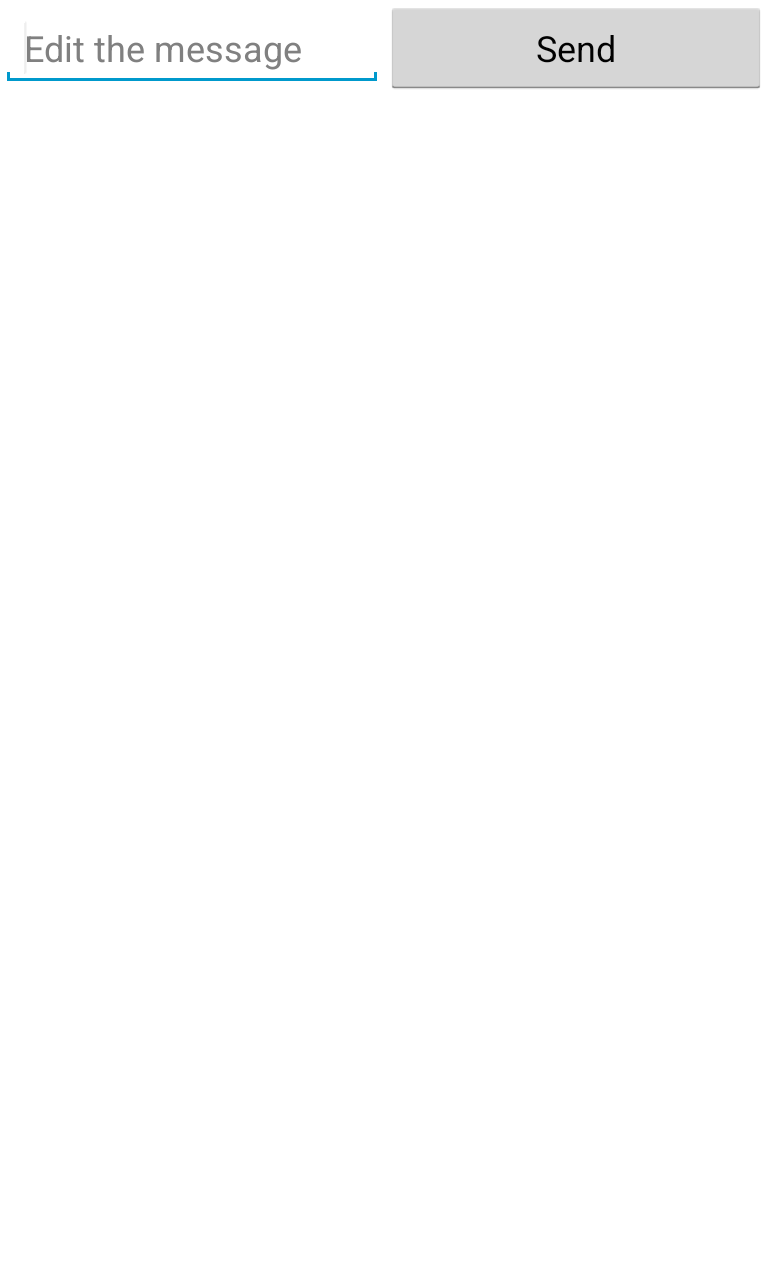
Repository: banur2/AndroidApp
Layout: MyFirstApp/res/layout/activity_main.xml
These files come from the project's save history. The layout is drawn as it stood at one moment and after the next save; the edit follows.
It is drawn on a 768 x 1280 px phone screen (xhdpi) without system bars, with theme AppTheme; the app's code is not run.

Above is the layout before, as saved 2013-08-29 17:39:58.

After the next save:
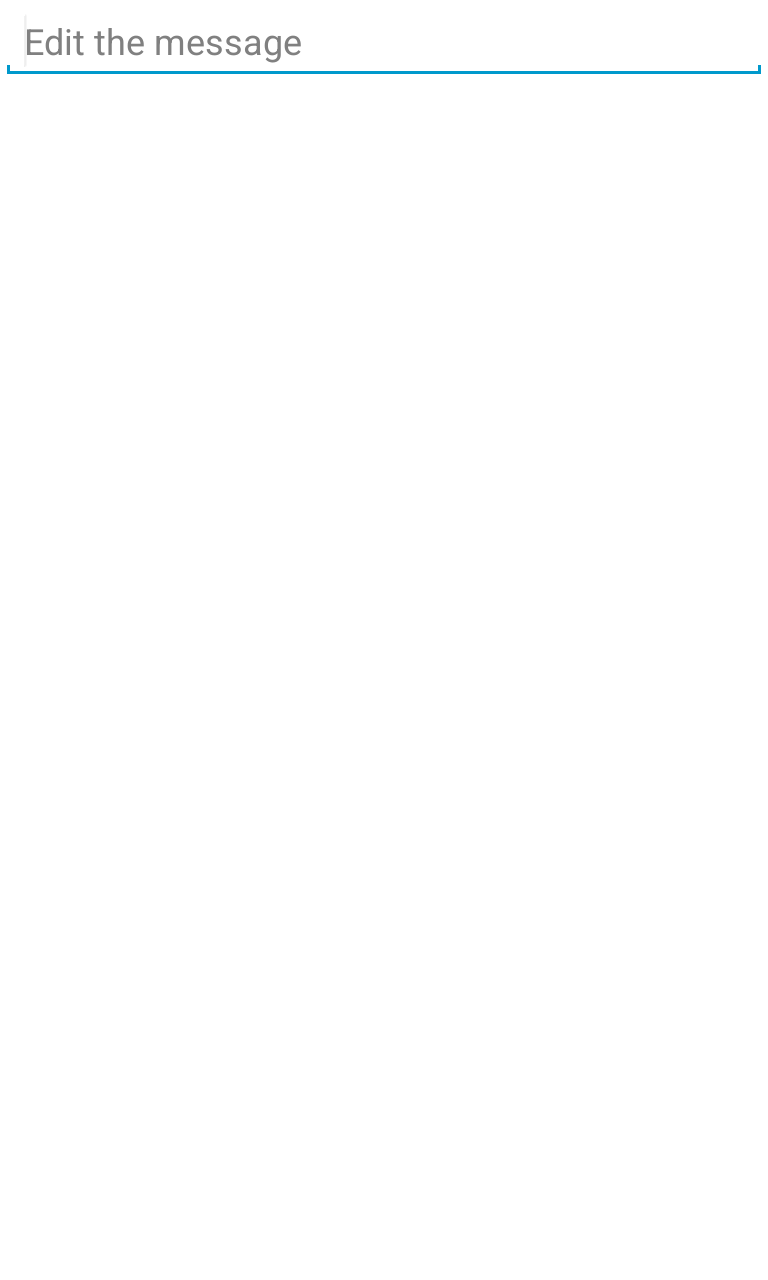
Saved 63 s later.
--- a/MyFirstApp/res/layout/activity_main.xml
+++ b/MyFirstApp/res/layout/activity_main.xml
@@ -7,7 +7,7 @@
 
     <EditText
         android:id="@+id/edit_message"
-        android:layout_width="0dip"
+        android:layout_width="0dp"
         android:layout_height="wrap_content"
         android:layout_weight="1"
         android:ems="10"
@@ -20,7 +20,7 @@
         android:id="@+id/button1"
         android:layout_width="0dp"
         android:layout_height="wrap_content"
-        android:layout_weight="1"
+
         android:text="@string/buttonSend" />
 
 </LinearLayout>
